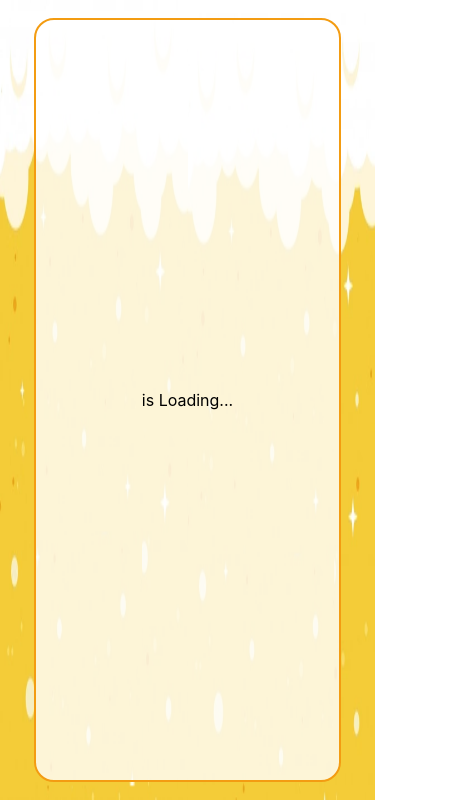
Repository: SebastianArmata22/Beer-app
Page: /
An editor plug-in stored every save of this project. The page is shown before and after the next save, followed by the edit.
The browser window is 375 px wide. The page is 416 px wide, then 453 px, so the pictures cover 453 px, including what lies to the right of the window. The pictures show the whole page.
The page's requests for data from a server got no answer. The project was rebuilt for these pictures with package versions that can differ from the ones it lists, and the page was loaded fresh each time. No one was signed in, and anything a server would have sent is missing. Also part of the build but not shown: src/Card.js.

Above is the page before, as saved 2021-01-05 22:54:23.

### src/App.js
import './App.css';
import Card from './Card.js'
import React from 'react'
import rigtArrow from'./right-arrow.svg'
import leftArrow from'./left-arrow.svg'


class App extends React.Component {

  constructor(props){
    super(props);
    this.state={
      isLoaded:false,
      data:[],
      isNext:true
    }
    this.counter=1
    this.nextBeer=this.nextBeer.bind(this)
    this.previousBeer=this.previousBeer.bind(this)
  }
  getUrl(){
   return `https://api.punkapi.com/v2/beers/${this.counter}`
  }
  getDateFromApi(url){
    fetch(url)
    .then(response=>response.json())
    .then(dataApi=>this.setState({
      isLoaded: true,
      data: dataApi}))
  }
  nextBeer(){
    this.setState({isLoaded: false})
    this.counter<325 && this.counter++
    this.getDateFromApi(this.getUrl())
    this.setState({isNext:true})
  }
 previousBeer(){
    this.setState({isLoaded: false})
    this.counter>1 && this.counter--
    this.getDateFromApi(this.getUrl());
    this.setState({isNext:false})
  }
  componentDidMount(){
    this.getDateFromApi(this.getUrl());
  }
  render(){
    return(
        <div className="app-container">
        <img className="svg-button" onClick={this.previousBeer} src={leftArrow} alt="previous" height='100px'/>
        {this.state.isLoaded ? <Card item={this.state.data} isNext={this.state.isNext} /> : <div className="card load-div">is Loading...</div>}
        <img className="svg-button" onClick={this.nextBeer} src={rigtArrow} alt="next" height='100px' />
        </div>

    )
  }
}

export default App;

### src/App.css
.app-container{
  width: 100%;
  min-height: 100vh;
  display: flex;
  justify-content: center;
  align-items: center;
}

.svg-button{
  cursor: pointer;
}

@media only screen and (max-width: 600px) {
  .svg-button{
    transform: scale(0.5);
  }

}

### src/Card.css
*{
    margin: 0;
    padding: 0;

}
body{
    background-image: url('./background.png');
    background-repeat: no-repeat;
    background-size: 100% 100%;
}
.card {
border: 2px solid #f39c12;
border-radius: 20px;
max-width: 700px;
display: flex;
flex-direction: column;
min-height: 90vh;
padding: 20px;
background-color: rgba(255, 255, 255,0.8);
}
.card h2{
    color: #f39c12;
}

.photo-beer{
    height: 50vh;
}
.photo-card{
    display: flex;
    align-items: center;
    flex-direction: column;

}

.load-div{
    display: flex;
     justify-content: center;
     align-items: center;
}

.text-card{
    position: relative;
    text-align: left;
}

@media only screen and (max-width: 600px) {
    .card{
        min-width: 70%;
    }
}

Loaded but not shown: public/index.html (common file); src/index.js (common file); src/index.css (common file)

After the next save:
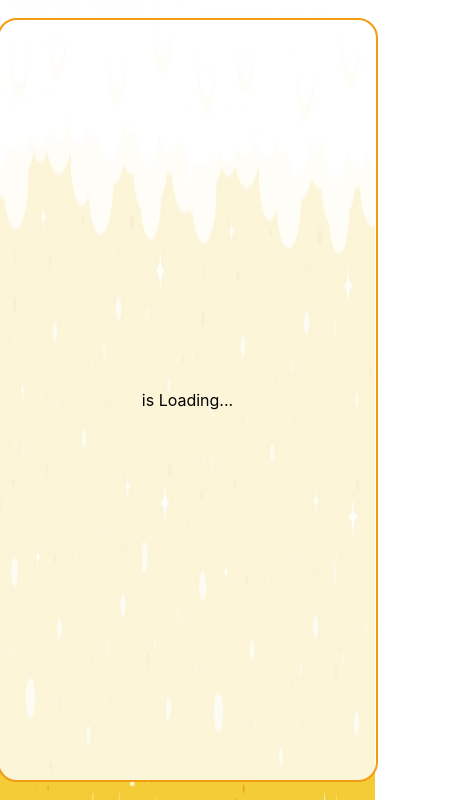
Saved 36 s later.
--- a/src/Card.css
+++ b/src/Card.css
@@ -45,6 +45,6 @@ background-color: rgba(255, 255, 255,0.8);
 
 @media only screen and (max-width: 600px) {
     .card{
-        min-width: 70%;
+        min-width: 90%;
     }
 }
